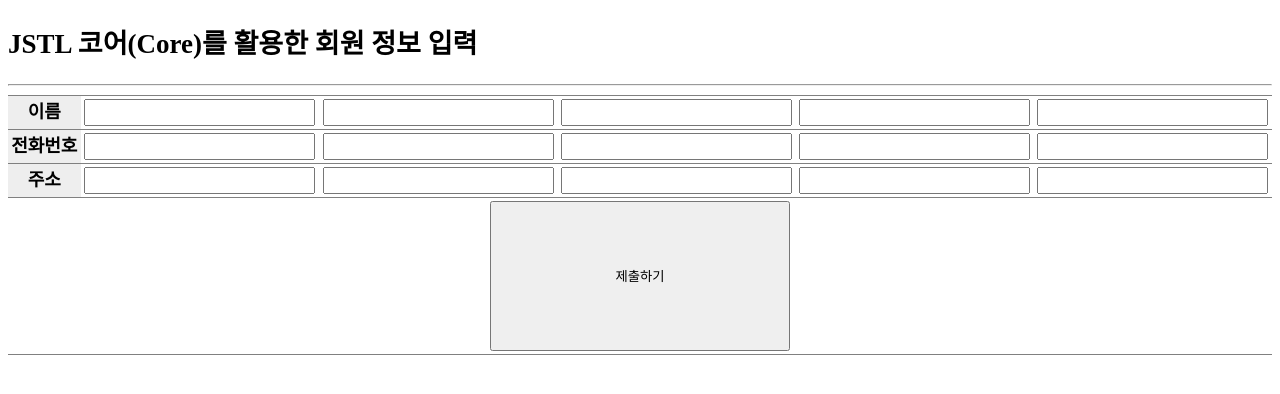
Repository: onpul/Web
Page: http://localhost/WebApp22/MemberInsertForm.jsp
An editor plug-in stored every save of this project. The page is shown before and after the next save, followed by the edit.
The browser window is 1280 px wide. The pictures show the whole page.
The page is served by Tomcat 9.

Above is the page before, as saved 2022-04-29 08:35:07.

After the next save:
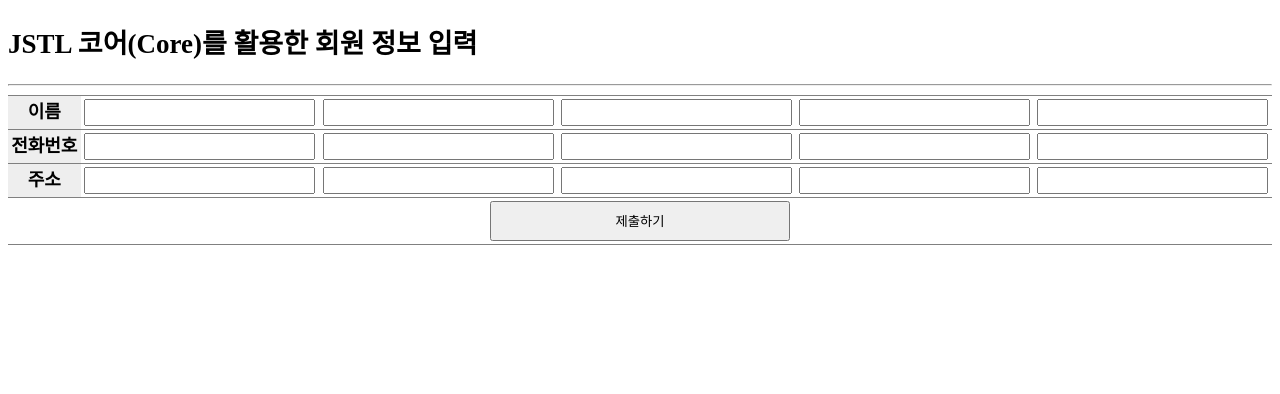
Saved 16 s later.
--- a/WebApp22/WebContent/MemberInsertForm.jsp
+++ b/WebApp22/WebContent/MemberInsertForm.jsp
@@ -42,7 +42,7 @@
 				</c:forEach>
 			</tr>
 			<tr>
-				<td colspan="6"><button type="submit" style="width: 300px; height: 150px;">제출하기</button></td>
+				<td colspan="6"><button type="submit" style="width: 300px; height: 40px;">제출하기</button></td>
 			</tr>
 		</table>
 	</form>
